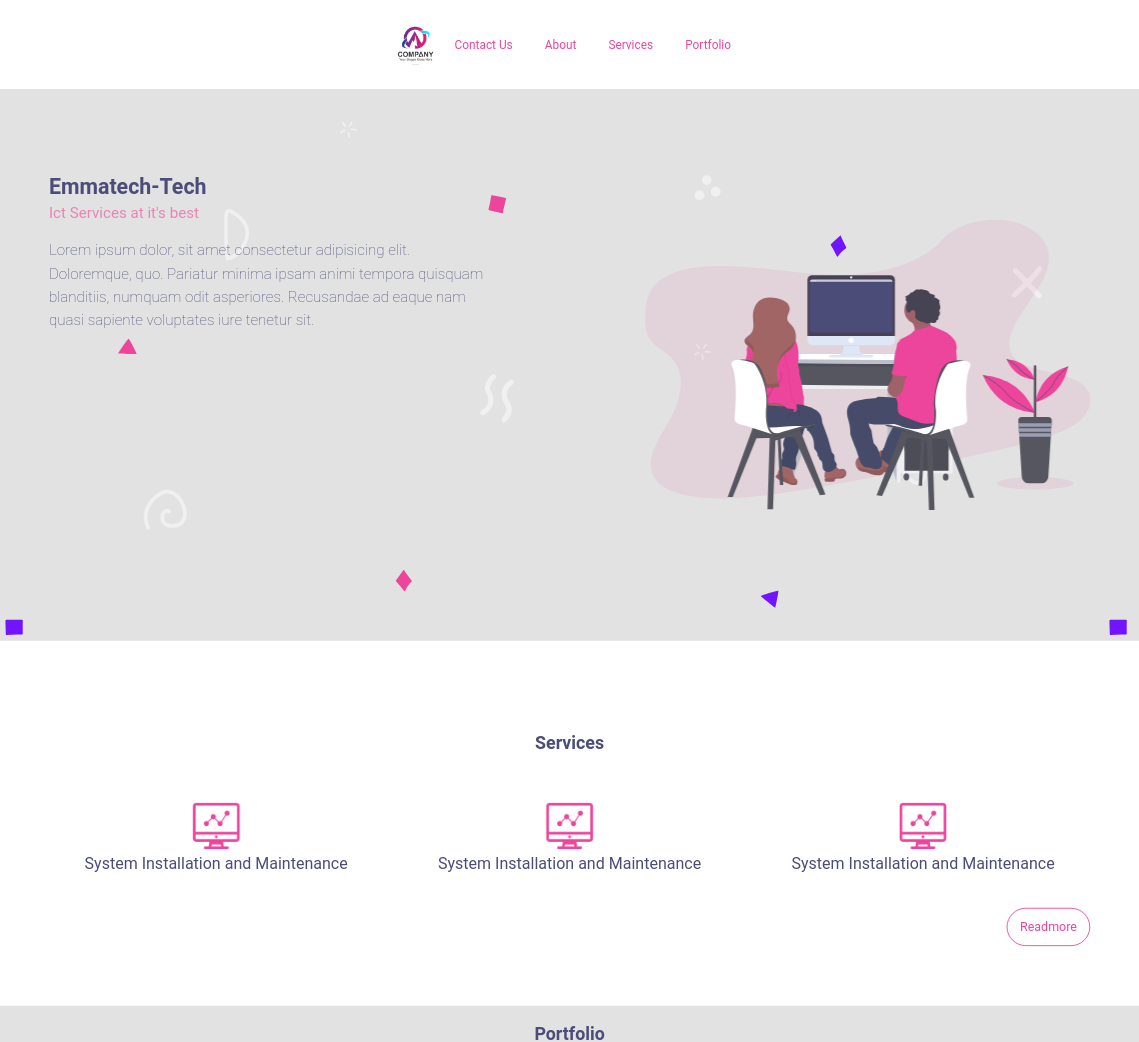
Repository: wisdomspine/emmatech-website
Page: index.html
The author's editor kept a copy of each file at every save. The page is drawn from the files as they stood at one save, then again after the next save.
The browser window is 1280 px wide. The pictures show the part of the page from y = 0 to 1171 px (the page is 1441 px tall before and 1495 px after), at 89% of full size.
A picture or video elsewhere on the page could not be fetched, so the positions and the page height are approximate.

Above is the page before, as saved 2020-10-28 10:21:30.

After the next save:
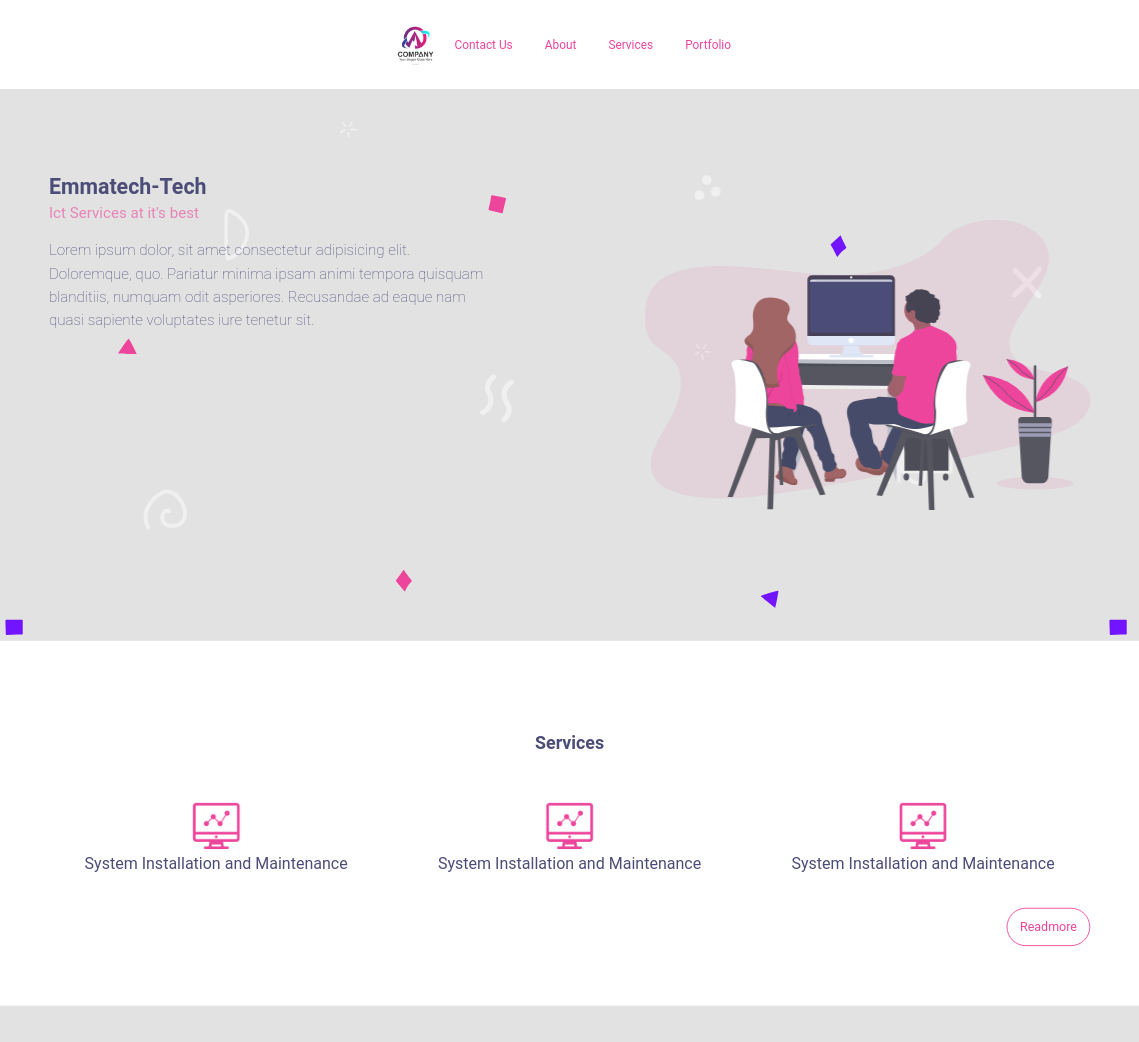
Saved 20 s later.
--- a/assets/styles/index.css
+++ b/assets/styles/index.css
@@ -50,6 +50,10 @@
     max-height: 100%;
 }
 
+.home-portfolio {
+    padding-top: 54px;
+}
+
 .home-portfolio .content figure figcaption{
     height: 100%;
     position: absolute;
